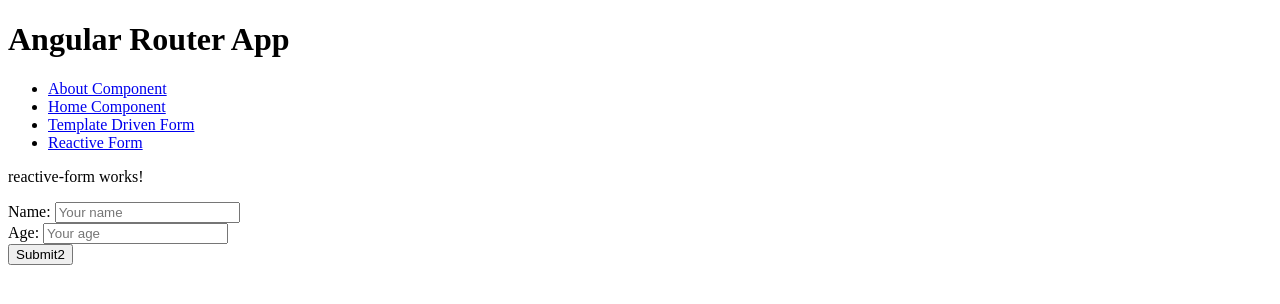
Repository: PhamTrungNguyen/Angular12
Page: /reactive (app in Angular/)
These files come from the project's save history. The page is drawn as it stood at one moment and after the next save; the edit follows.
The browser window is 1280 px wide. The pictures show the whole page.
The project was rebuilt for these pictures with package versions that can differ from the ones it lists, and the page was loaded fresh each time. Also part of the build but not shown: Angular/angular.json.

Above is the page before, as saved 2023-01-04 19:43:06.

### Angular/src/app/app.module.ts
import { NgModule } from '@angular/core';
import { BrowserModule } from '@angular/platform-browser';

import { AppRoutingModule } from './app-routing.module';
import { AppComponent } from './app.component';
import { HomeComponent } from './home/home.component';
import { AboutComponent } from './about/about.component';
import { FormsModule } from '@angular/forms';
import { OnSalePipe } from './on-sale.pipe';
import { PageNotFoundComponent } from './page-not-found/page-not-found.component';
import { HighlightDirective } from './Directives/highlight.directive';
import { TemplateDrivenFormComponent } from './template-driven-form/template-driven-form.component';
import { ReactiveFormComponent } from './reactive-form/reactive-form.component';
import { ReactiveFormsModule } from '@angular/forms';
@NgModule({
  declarations: [
    AppComponent,
    HomeComponent,
    AboutComponent,
    OnSalePipe,
    PageNotFoundComponent,
    HighlightDirective,
    TemplateDrivenFormComponent,
    ReactiveFormComponent,
  ],
  imports: [BrowserModule, AppRoutingModule, FormsModule, ReactiveFormsModule],
  providers: [],
  bootstrap: [AppComponent],
})
export class AppModule {}

### Angular/src/app/app-routing.module.ts
import { TemplateDrivenFormComponent } from './template-driven-form/template-driven-form.component';
import { HomeComponent } from './home/home.component';
import { AboutComponent } from './about/about.component';
import { PageNotFoundComponent } from './page-not-found/page-not-found.component';
import { NgModule } from '@angular/core';
import { RouterModule, Routes } from '@angular/router';
import { ReactiveFormComponent } from './reactive-form/reactive-form.component';

const routes: Routes = [
  { path: 'about', component: AboutComponent },
  { path: 'home', component: HomeComponent },
  { path: 'form', component: TemplateDrivenFormComponent },
  { path: 'reactive', component: ReactiveFormComponent },
  { path: '', component: HomeComponent },
  { path: '**', component: PageNotFoundComponent },
];

@NgModule({
  imports: [RouterModule.forRoot(routes)],
  exports: [RouterModule],
})
export class AppRoutingModule {}

### Angular/src/app/on-sale.pipe.ts
import { Pipe, PipeTransform } from '@angular/core';

@Pipe({
  name: 'onSale',
})
export class OnSalePipe implements PipeTransform {
  transform(value: unknown, ...args: unknown[]): unknown {
    // console.log('my pipe', value);
    try {
      if (value) {
        return 'Đang hạ giá';
      }
    } catch (error) {}
    return null;
  }
}

### Angular/src/app/Directives/highlight.directive.ts
import { Directive, ElementRef, Input } from '@angular/core';

@Directive({
  selector: '[appHighlight]',
})
export class HighlightDirective {
  @Input() appHighlight = 'blue';
  constructor(private el: ElementRef) {}
  public ngOnInit(): void {
    // console.log('HighlightDirective', this.appHighlight);
    this.el.nativeElement.style.color = this.appHighlight;
  }
}

### Angular/src/app/reactive-form/reactive-form.component.ts
import { HomeService } from './../Service/home.service';
import { Component, OnInit } from '@angular/core';
import {
  FormBuilder,
  FormControl,
  FormGroup,
  Validators,
} from '@angular/forms';

@Component({
  selector: 'app-reactive-form',
  templateUrl: './reactive-form.component.html',
  styleUrls: ['./reactive-form.component.scss'],
})
export class ReactiveFormComponent {
  // myForm: FormGroup;
  // public formData: FormGroup = new FormGroup({
  //   name: new FormControl(''),
  //   age: new FormControl(''),

  // });
  public formData = this.fb.group({
    name: ['', Validators.required],
    age: ['', Validators.required],
  });
  submitted = false;

  constructor(private home: HomeService, private fb: FormBuilder) {}
  ngOnInit() {
    // if (this.formData.get('name').dirty) {
    //   // validate the name field
    // }
  }
  public submitForm(): void {
    // console.log('Data:', this.formData.value);
    this.home.submitData(this.formData.value);
    this.submitted = true;
    console.log(this.formData.controls);
  }
}

### Angular/src/app/app.component.html
<h1>Angular Router App</h1>
<!-- This nav gives you links to click, which tells the router which route to use (defined in the routes constant in  AppRoutingModule) -->
<nav>
    <ul>
        <li>
            <a routerLink="/about" routerLinkActive="active" ariaCurrentWhenActive="page">About Component</a>
        </li>
        <li>
            <a routerLink="/home" routerLinkActive="active" ariaCurrentWhenActive="page">Home Component</a>
        </li>
        <li>
            <a routerLink="/form" routerLinkActive="active" ariaCurrentWhenActive="page">Template Driven Form</a>
        </li>
        <li>
            <a routerLink="/reactive" routerLinkActive="active" ariaCurrentWhenActive="page">Reactive Form</a>
        </li>
    </ul>
</nav>
<!-- The routed views render in the <router-outlet>-->
<router-outlet></router-outlet>

### Angular/src/app/Service/home.service.ts
import { Injectable } from '@angular/core';

@Injectable({
  providedIn: 'root',
})
export class HomeService {
  public counter = 10;
  constructor() {}
  public count(n: number): number {
    return n * n;
  }
  public submitData(data: any): void {
    console.log('Data :', data);
  }
}

### Angular/src/app/reactive-form/reactive-form.component.html
<p>reactive-form works!</p>

<form action="" [formGroup]="formData">
    Name:
    <input type="text" formControlName="name" placeholder="Your name" />
    <div *ngIf="submitted&& formData.controls.name.errors">
        <div *ngIf=" submitted &&formData.controls.name.errors?.['required'] &&  formData.get('name').touched">
            Fullname is required</div>
    </div>
    <!-- <div *ngIf="formData.get('name') ">
        Please provide a name.
    </div> -->
    <br>
    Age: <input type="text" formControlName="age" placeholder="Your age" />
    <br>

    <!-- <button (click)="submitForm()">Submit</button> -->
    <button type="submit" (click)="submitForm()">Submit2</button>
</form>

### Angular/src/app/home/home.component.ts
import { Component } from '@angular/core';
import { HomeService } from '../Service/home.service';

@Component({
  selector: 'app-home',
  templateUrl: './home.component.html',
  styleUrls: ['./home.component.scss'],
})
export class HomeComponent {
  public login = '123';
  public name = 'Pham Trung Nguyen';
  public age = 18;
  public fruit = [];
  public counter = 0;
  public counter1 = 0;
  public resetName(): void {
    this.name = '';
    console.log('resetName');
  }
  constructor(private home: HomeService) {}

  public ngOnInit(): void {
    // console.log('Fruit', this.fruit);
    this.counter = this.home.counter;
    this.counter1 = this.home.count(this.counter);
  }
}

### Angular/src/app/about/about.component.ts
import { Component } from '@angular/core';
import { HomeService } from '../Service/home.service';

@Component({
  selector: 'app-about',
  templateUrl: './about.component.html',
  styleUrls: ['./about.component.scss'],
})
export class AboutComponent {
  public fruit = ['apple', 'orange', 'grape', 'lemon'];
  public fruit2 = [
    { name: 'apple', price: 10, onSale: true },
    { name: 'orange', price: -12, onSale: false },
    { name: 'grape', price: -14, onSale: false },
    { name: 'lemon', price: 15, onSale: true },
  ];
  public cities = [
    {
      city: 'Chọn thành phố',
      district: [],
    },
    {
      city: 'Đà Nẵng',
      district: [
        'Quận Cẩm Lệ',
        'Quận Hải Châu',
        'Quận Liên Chiểu',
        'Quận Ngũ Hành Sơn',
        'Quận Sơn Trà',
        'Quận Thanh Khê',
        'Huyện Hòa Vang',
        'Huyện Hoàng Sa',
      ],
    },
    {
      city: 'Bà Rịa - Vũng Tàu',
      district: [
        'Thành phố Vũng Tàu',
        'Thị xã Bà Rịa',
        'Thị xã Phú Mỹ',
        'Huyện Châu Đức',
        'Huyện Côn Đảo',
        'Huyện Đất Đỏ',
        'Huyện Long Điền',
        'Huyện Tân Thành',
        'Huyện Xuyên Mộc',
      ],
    },
  ];
  public counter = 0;
  public counter1 = 0;
  public data: string[] = ['Quận/Huyện'];
  constructor(private home: HomeService) {}
  public ngOnInit(): void {
    // console.log('cites', this.cities);
    // console.log('Fruit', this.fruit);
    this.counter = this.home.counter;
    this.counter1 = this.home.count(this.counter);
    this.home.counter++;
  }
  public changeCity(e: any): void {
    console.log(e.target.value);
    const city = e.target.value;
    if (!city) return;
    /* c1
    const search = this.cities.filter((item) => item.city === city);
    if (search) {
      this.data = search[0].district;
    }
     */
    /* c2 */

    this.data = this.cities.find((item) => item.city === city)?.district || [];
  }
}

### Angular/src/app/template-driven-form/template-driven-form.component.ts
import { Component } from '@angular/core';
import { HomeService } from '../Service/home.service';

@Component({
  selector: 'app-template-driven-form',
  templateUrl: './template-driven-form.component.html',
  styleUrls: ['./template-driven-form.component.scss'],
})
export class TemplateDrivenFormComponent {
  public name: string = '';
  constructor(private home: HomeService) {}
  public submitForm(): void {
    this.home.submitData(this.name);
  }
}

### Angular/src/app/home/home.component.html
<div class="packet">
    <div class="test">

        <p>home works!</p>
        <h2>Hello {{name}}!</h2>
        <input type="text" value="{{name}}">
        <input type="text" [value]="name" [title]='"day la " + name'>
        <input type="text" [(ngModel)]="age">
        <!--  <h2 *ngIf="age<18">Dưới 18</h2>
        <h2 *ngIf="age>=18">Trên 18</h2> -->
        <div *ngIf="age< 18 then young else old"> </div>
        <ng-template #young>
            <h2> Dưới 18</h2>
        </ng-template>
        <ng-template #old>
            <h2> Trên 18</h2>
        </ng-template>
        <button (click)="resetName()">Reset Name</button>
    </div>
    <div>
        <ul [ngSwitch]="login">
            <li *ngSwitchCase="'user'">
                <span>I am user</span>
            </li>
            <li *ngSwitchCase="'admin'">
                <span>I am admin</span>
            </li>
            <li *ngSwitchDefault=>
                <span>I am default</span>
            </li>
        </ul>
        <span appHighlight>Trung Nguyen</span>
        <span [appHighlight]="'red'">Trung Nguyen</span>
    </div>
    <div>this is number: {{counter}}</div>
    <div>this is number^2: {{counter1}}</div>
</div>

### Angular/src/app/home/home.component.scss
.test {
  padding: 10px;
  width: 300px;
  background-color: red;
}
.packet {
  display: flex;
  gap: 0 50px;
}

### Angular/src/app/about/about.component.html
<p>about works!</p>
<div *ngFor="let item of fruit; let i=index">
    <li>{{i+1}}.{{ item }}</li>
</div>
<br>
<table class="table">
    <thead>
        <tr>
            <th>number</th>
            <th>name</th>
            <th>price</th>
            <th>onSale</th>
        </tr>
    </thead>
    <tbody>
        <tr *ngFor="let item of fruit2; let i=index">
            <td>{{i+1}}</td>
            <td>{{item.name}}</td>
            <td>
                <span [ngClass]="{'text' : item.price <0}">
                    <!-- <span *ngIf="item.price <0 then 'text'"> -->

                    {{item.price |currency:'VND':'symbol':'1.3'}}
                </span>
            </td>
            <td>{{item.onSale | onSale}}</td>
        </tr>
    </tbody>
</table>
<div>
    <h3>Tỉnh/Thành phố:</h3>
    <select name="test1" (change)="changeCity($event)">
        <option value="{{item.city}}" *ngFor="let item of cities;let i=index">{{item.city}}</option>

    </select>
    <h3>Quận/Huyện:</h3>
    <select name="test2">
        <option value="{{i}}" *ngFor="let item of data;let i=index">{{item}}</option>

    </select>
    <div>this is number: {{counter}}</div>
    <div>this is number^2: {{counter1}}</div>
</div>

### Angular/src/app/about/about.component.scss
.table,
td,
th {
  border-collapse: collapse;
  border: 1px solid #000;
  padding: 10px;
  text-align: center;
}
.text {
  color: red;
  display: flex;
}

### Angular/src/app/template-driven-form/template-driven-form.component.html
<p>template-driven-form works!</p>
<form action="" (ngSubmit)=" submitForm()">
    Name:
    <input type="text" [(ngModel)]="name" [ngModelOptions]="{ standalone: true }" />
    <!-- <button (click)="submitForm()">Submit</button> -->
    <button>Submit2</button>
</form>

Loaded but not shown: Angular/src/index.html (common file); Angular/src/styles.scss (common file); Angular/src/main.ts (common file); Angular/src/app/app.component.ts (common file); Angular/src/app/page-not-found/page-not-found.component.ts (common file); Angular/src/app/page-not-found/page-not-found.component.html (common file); Angular/src/app/app.component.scss (no stored copy; drawn as an empty file); Angular/src/app/reactive-form/reactive-form.component.scss (no stored copy; drawn as an empty file)

After the next save:
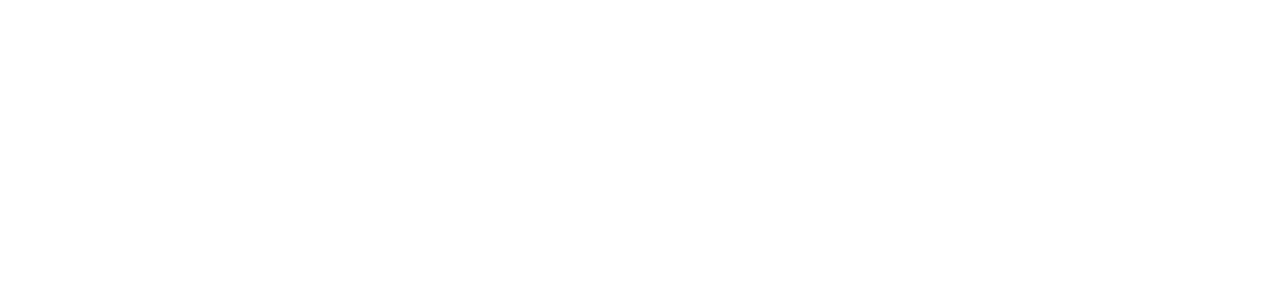
Saved 14 s later.
--- a/Angular/src/app/reactive-form/reactive-form.component.html
+++ b/Angular/src/app/reactive-form/reactive-form.component.html
@@ -4,7 +4,7 @@
     Name:
     <input type="text" formControlName="name" placeholder="Your name" />
     <div *ngIf="submitted&& formData.controls.name.errors">
-        <div *ngIf=" submitted &&formData.controls.name.errors?.['required'] &&  formData.get('name').touched">
+        <div *ngIf=" submitted &&f formData.get('name').touched">
             Fullname is required</div>
     </div>
     <!-- <div *ngIf="formData.get('name') ">

After the save that followed:
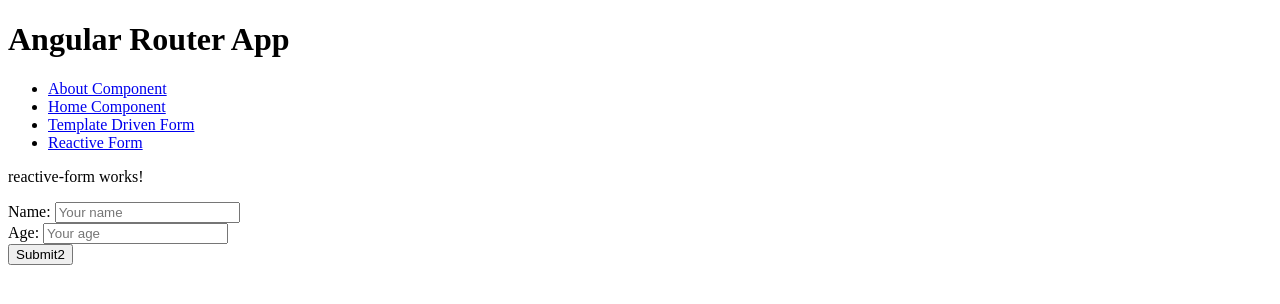
Saved 15 s later.
--- a/Angular/src/app/reactive-form/reactive-form.component.html
+++ b/Angular/src/app/reactive-form/reactive-form.component.html
@@ -4,7 +4,7 @@
     Name:
     <input type="text" formControlName="name" placeholder="Your name" />
     <div *ngIf="submitted&& formData.controls.name.errors">
-        <div *ngIf=" submitted &&f formData.get('name').touched">
+        <div *ngIf=" submitted &&formData.controls.name.errors?.['required'] &&  formData.controls.name.touched">
             Fullname is required</div>
     </div>
     <!-- <div *ngIf="formData.get('name') ">
